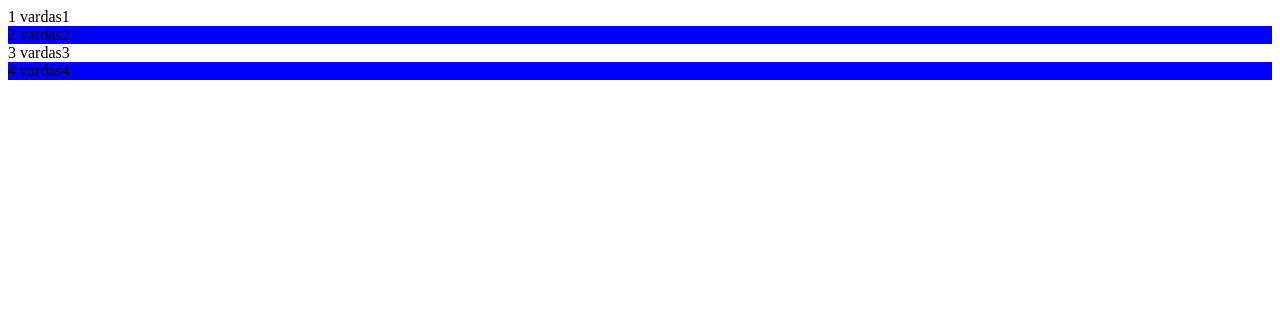
Repository: motiejus1/27-paskaita-05.31
Page: index.html
These files come from the project's save history. The page is drawn as it stood at one moment and after a run of saves; the edit follows.
The browser window is 1280 px wide. The pictures show the whole page.

Above is the page before, as saved 2021-07-15 19:26:49.

### index.html
<!DOCTYPE html>
<html lang="en">
<head>
    <meta charset="UTF-8">
    <meta http-equiv="X-UA-Compatible" content="IE=edge">
    <meta name="viewport" content="width=device-width, initial-scale=1.0">
    <title>27 paskaita</title>
    <style>
        .melynas {
            background-color: blue;
        }
    </style>
</head>
<body>
    <div class="container">
        <div>1 vardas1 </div>
        <div class="melynas">2 vardas2 </div>
        <div>3 vardas3 </div>
        <div class="melynas">4 vardas4 </div>
    </div>
    <script>
        "use strict";
        // Susikurti objektų masyvą:
        // * Masyve 100 objekto elementų.
        // * Objekto vidiniai kintamieji: id, vardas.
        // * Vardas reikšmė = vardas1,vardas2 ir t.t.
        // * Id reikšmė = 1, 2 ir t.t.

        //Pagal sukurtą objektų masyvą, sukurti tiek pat div elementų,
        // kuriuose išvedamas id ir vardas.
        //Kas antras div - mėlynas.



        //kaip tiek objektu sukurti? +
        //kaip juos patalpinti i masyva?


        //Ciklas
        // javascript for loop


        var testObjektas = {
            id: 58,
            vardas: "vardas58"
        }

        // testObjektas.id;
        // testObjektas.vardas;

        var container = document.querySelector(".container");
        var masyvas = []; //sukuriamas tuscias masyvas viena karta


        //Objektu masyvo kurimas
        for (var i=0; i < 100; i++) {
            // Vardas reikšmė = vardas1,vardas2 ir t.t.
            // var masyvas = [];
            var masyvoObjektas = {
                id: i+1,
                vardas: "vardas" + (i+1)
            }; //Sukuria objekta
            masyvas.push(masyvoObjektas); // patalpina objekta i masyva
            // console.log(masyvoObjektas);
        }

        //Elementu isvedimui/atvaizdavimui
        // 55 iki 65 elementu
        // Atvaizduos tik lyginius elementus pagal id reiksme
        for(var i=54; i<65; i++) {
            // masyvas[i] - vienas objektas
            //masyvoObjektas.id
            var div = document.createElement("div"); // void
            //div kintamajame butu id ir vardas
            //kas antras elementas butu melynas

            // var isvedimoElementas = document.querySelector(".kazkas");
            // kintamasis = "<p>Tekstas</p>"
            //isvedimoElementas.innerHTML = kintamasis; - isvedamas rezultatas interpretuojamas kaip HTML.
            // Tekstas
            //isvedimoElementas.innerText = kintamasis;- isvedamas rezultatas interpretuojamas kaip tekstas
            //<p>Tekstas</p>

            div.innerHTML
            container.append(div);

            if(masyvas[i].id % 2 == 0) {
                console.log(masyvas[i]);
            }
        }


        // console.log(masyvas);

        // console.log(masyvas[54]);
        // console.log(masyvas[0]);
        // console.log(masyvas[99]);

    </script>
</body>
</html>

After the next 2 saves:
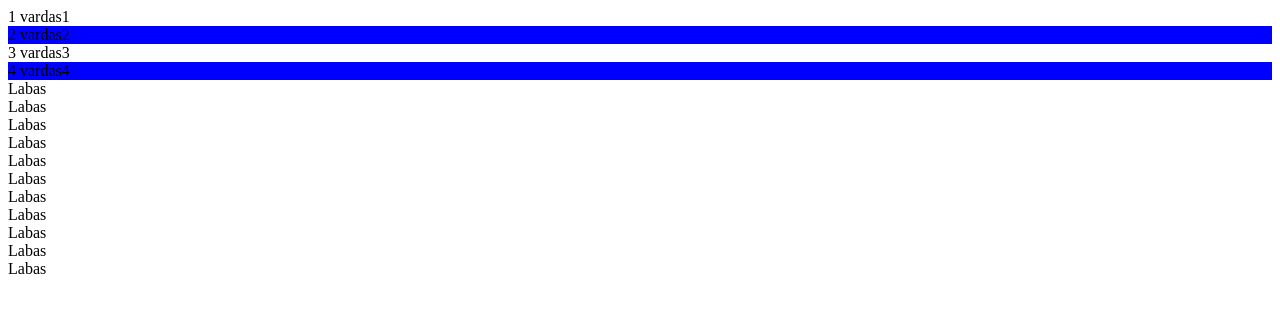
The 2 saves are shown as one change because they came seconds apart.
The last was saved 14 s later.
--- a/index.html
+++ b/index.html
@@ -81,7 +81,7 @@
             //isvedimoElementas.innerText = kintamasis;- isvedamas rezultatas interpretuojamas kaip tekstas
             //<p>Tekstas</p>
 
-            div.innerHTML
+            div.innerHTML = "Labas";
             container.append(div);
 
             if(masyvas[i].id % 2 == 0) {

After the save that followed:
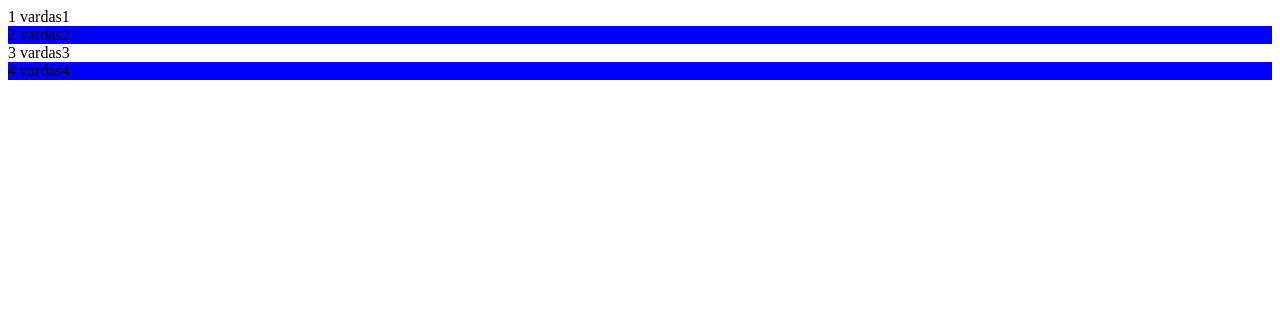
Console error: SyntaxError: Unexpected token ';'
Saved 28 s later.
--- a/index.html
+++ b/index.html
@@ -81,7 +81,7 @@
             //isvedimoElementas.innerText = kintamasis;- isvedamas rezultatas interpretuojamas kaip tekstas
             //<p>Tekstas</p>
 
-            div.innerHTML = "Labas";
+            div.innerHTML = ;
             container.append(div);
 
             if(masyvas[i].id % 2 == 0) {
